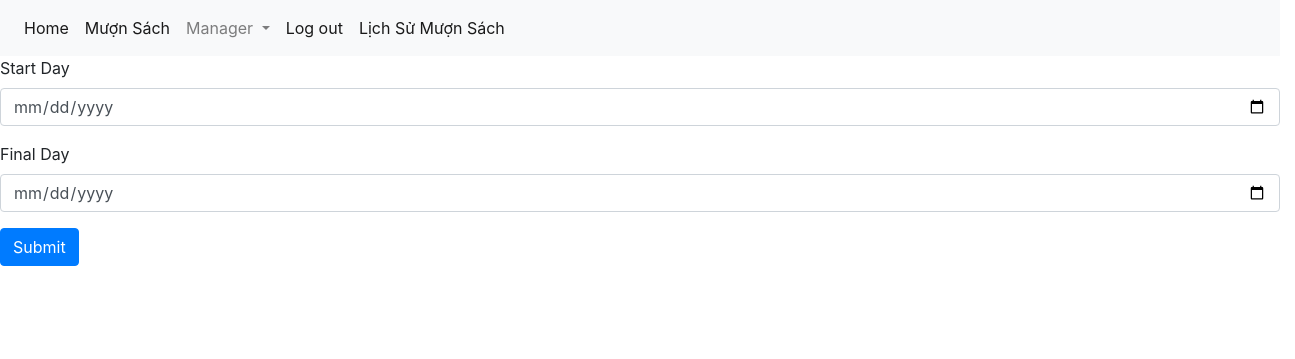
Repository: nguyenquocvuong010195/Jsp-Servlet
Page: http://localhost/JSP-Servlet-Buy/SearchDayServlet
An editor plug-in stored every save of this project. The page is shown before and after the next save, followed by the edit.
The browser window is 1280 px wide. The page is 1280 px wide, then 1295 px, so the pictures cover 1295 px, including what lies to the right of the window. The pictures show the whole page.
The page is served by Tomcat 9.

Above is the page before, as saved 2020-08-03 10:02:55.

After the next save:
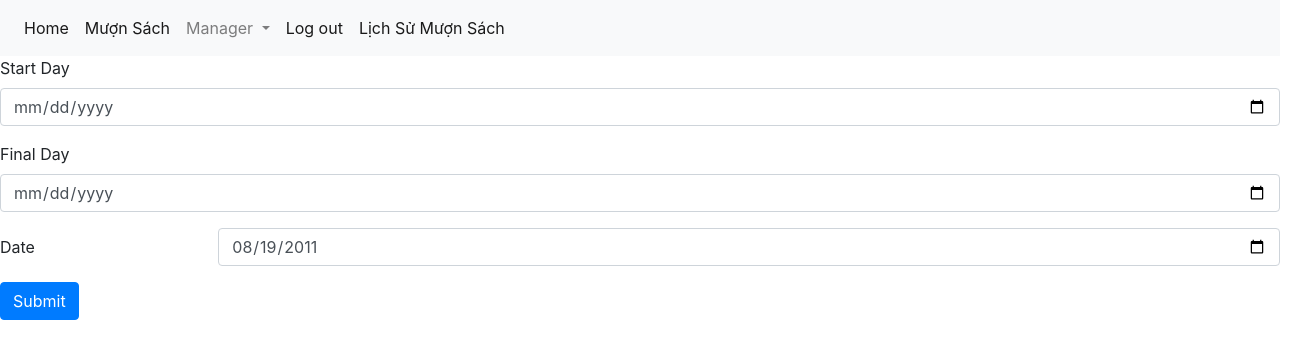
Saved 4 min 54 s later.
--- a/JSP-Servlet/JSP-Servlet-Buy/WebContent/searchDay.jsp
+++ b/JSP-Servlet/JSP-Servlet-Buy/WebContent/searchDay.jsp
@@ -34,6 +34,13 @@
 					type="date" class="form-control" name="at"
 					id="formGroupExampleInput2" placeholder="Another input">
 			</div>
+			<div class="form-group row">
+				<label for="example-date-input" class="col-2 col-form-label">Date</label>
+				<div class="col-10">
+					<input class="form-control" type="date" value="2011-08-19"
+						id="example-date-input">
+				</div>
+			</div>
 			<button class="btn btn-primary" type="submit">Submit</button>
 			<div class="col-3"></div>
 		</form>
